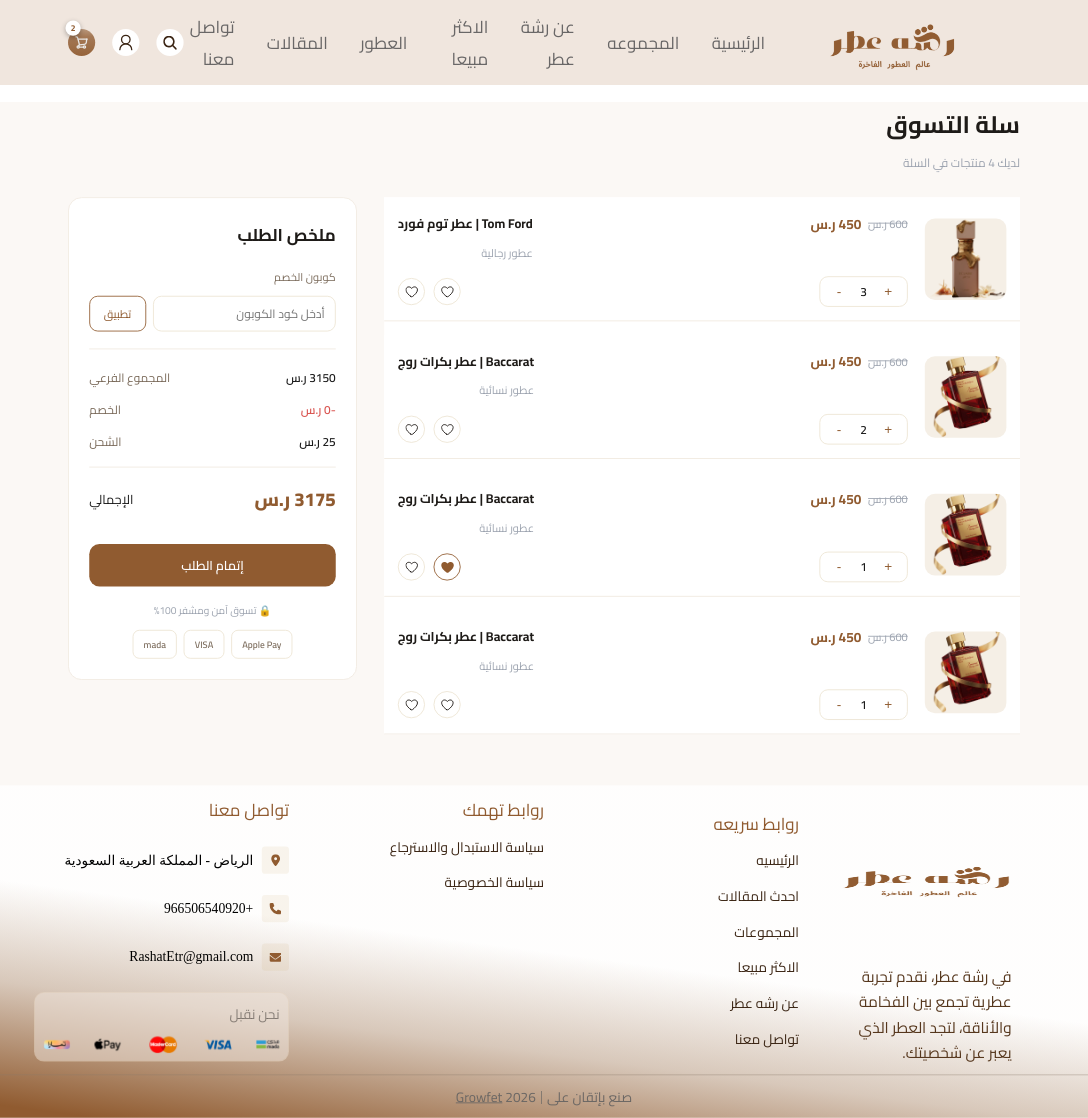
Repository: mahmoudesh74/rashet-3tr
Page: /ShoppingBasket
An editor plug-in stored every save of this project. The page is shown before and after the next save, followed by the edit.
The browser window is 1280 px wide. The pictures show the whole page, at 85% of full size.
Some web fonts or font styles are not loaded; a fallback is used. The project was rebuilt for these pictures with package versions that can differ from the ones it lists, and the page was loaded fresh each time. Also part of the build but not shown: vite.config.js, src/App.css, src/components/HeaderSection/Header.css, src/components/HeaderSection/Header.jsx, src/components/GroupSection/GroupSection.css, src/components/GroupSection/GroupSection.jsx, src/components/AboutSection/AboutSection.css, src/components/AboutSection/AboutSection.jsx and 35 more. Imported but missing from the stored project, and not drawn on this page: src/assets/vedio.mp4.

Above is the page before, as saved 2026-09-28 23:16:40.

### index.html
<!doctype html>
<html lang="ar" dir="rtl">
  <head>
    <meta charset="UTF-8" />
    <link rel="icon" type="image/svg+xml" href="/favicon.svg" />
    <meta name="viewport" content="width=device-width, initial-scale=1.0" />
    <title>rashet-3tr</title>
    <link rel="preconnect" href="https://fonts.googleapis.com">
<link rel="preconnect" href="https://fonts.gstatic.com" crossorigin>
<link href="https://fonts.googleapis.com/css2?family=Be+Vietnam+Pro:ital,wght@0,100;0,200;0,300;0,400;0,500;0,600;0,700;0,800;0,900;1,100;1,200;1,300;1,400;1,500;1,600;1,700;1,800;1,900&family=Cairo:wght@200..1000&family=IBM+Plex+Sans:ital,wght@0,100..700;1,100..700&family=Kameron:wght@400..700&family=Noto+Rashi+Hebrew:wght@100..900&family=Plus+Jakarta+Sans:ital,wght@0,200..800;1,200..800&family=Roboto:ital,wght@0,100..900;1,100..900&family=Tajawal:wght@200;300;400;500;700;800;900&display=swap" rel="stylesheet">
    <link rel="preconnect" href="https://fonts.googleapis.com">
<link rel="preconnect" href="https://fonts.gstatic.com" crossorigin>
<link href="https://fonts.googleapis.com/css2?family=Be+Vietnam+Pro:ital,wght@0,100;0,200;0,300;0,400;0,500;0,600;0,700;0,800;0,900;1,100;1,200;1,300;1,400;1,500;1,600;1,700;1,800;1,900&family=Cairo:wght@200..1000&family=IBM+Plex+Sans:ital,wght@0,100..700;1,100..700&family=Kameron:wght@400..700&family=Noto+Rashi+Hebrew:wght@100..900&family=Plus+Jakarta+Sans:ital,wght@0,200..800;1,200..800&display=swap" rel="stylesheet">
    <link rel="preconnect" href="https://fonts.googleapis.com">
<link rel="preconnect" href="https://fonts.gstatic.com" crossorigin>
<link href="https://fonts.googleapis.com/css2?family=Be+Vietnam+Pro:ital,wght@0,100;0,200;0,300;0,400;0,500;0,600;0,700;0,800;0,900;1,100;1,200;1,300;1,400;1,500;1,600;1,700;1,800;1,900&family=Cairo:wght@200..1000&family=IBM+Plex+Sans:ital,wght@0,100..700;1,100..700&family=Kameron:wght@400..700&display=swap" rel="stylesheet">
 <link rel="preconnect" href="https://fonts.googleapis.com">
<link rel="preconnect" href="https://fonts.gstatic.com" crossorigin>
<link href="https://fonts.googleapis.com/css2?family=Be+Vietnam+Pro:ital,wght@0,100;0,200;0,300;0,400;0,500;0,600;0,700;0,800;0,900;1,100;1,200;1,300;1,400;1,500;1,600;1,700;1,800;1,900&family=Cairo:wght@200..1000&family=IBM+Plex+Sans:ital,wght@0,100..700;1,100..700&family=Kameron:wght@400..700&family=Plus+Jakarta+Sans:ital,wght@0,200..800;1,200..800&display=swap" rel="stylesheet">
</head>
  <body>
    <div id="root"></div>
    <script type="module" src="/src/main.jsx"></script>
  </body>
</html>

### src/main.jsx
import React from "react";
import ReactDOM from "react-dom/client";
import { BrowserRouter } from "react-router-dom";
import App from "./App.jsx";
import "./styles/variables.css";
ReactDOM.createRoot(document.getElementById("root")).render(
  <React.StrictMode>
    <BrowserRouter>
      <App />
    </BrowserRouter>
  </React.StrictMode>
);

### src/App.jsx
import "./App.css";
import HomePage from "./pages/HomePage/homePag";
import NavBar from "./components/NavBar/NavBar";
import Footer from "./components/Footer/Footer";
import { Routes, Route } from "react-router-dom";
import GroupPage from "./pages/GroupPage/GroupPage";
import GroupCatalog from "./pages/groupCatalog/groupCatalog";
import AboutRashetEtr from "./pages/AboutRashetEtr/AboutRashetEtr";
import PrivacyPolicyPage from "./pages/PrivacyPolicy/privacyPolicy"
import PolicyReplace from "./pages/PolicyReplace/PolicyReplace"
import ContactUs from "./pages/ContactUs/ContactUs"
import PerfumePage from "./pages/perfumePage/perfumePage"
import ProductDetailsPage from "./pages/PerfumeDetails/PerfumeDetails"
import ShoppingBasket from "./pages/ShoppingBasket/ShoppingBasket"
function App() {
  return (
    <>
      <NavBar />

      <Routes>
        <Route path="/" element={<HomePage />} />
        <Route path="/GroupPage" element={<GroupPage />} />
        <Route path="/GroupCatalog/:id" element={<GroupCatalog />} />
        <Route path="/AboutRashetEtr" element={<AboutRashetEtr />} />
        <Route path="/PrivacyPolicyPage" element={<PrivacyPolicyPage />} />
        <Route path="/PolicyReplace" element={<PolicyReplace />} />
        <Route path="/ContactUs" element={<ContactUs />} />
        <Route path="/PerfumePage" element={<PerfumePage />} />
        <Route path="/PerfumeDetails" element={<ProductDetailsPage />} />
        <Route path="/ShoppingBasket" element={<ShoppingBasket />} />






      </Routes>

      <Footer />
    </>
  );
}

export default App;

### src/pages/ShoppingBasket/ShoppingBasket.jsx
import { useState } from "react";
import "./ShoppingBasket.css";

// TODO: استبدلي دي بصور المنتجات الحقيقية
import productImage1 from "../../assets/groupp1.png";
import productImage2 from "../../assets/groupp3.png";

import trashIcon from "../../assets/heart.svg"; // TODO: استبدلي بأيقونة سلة مهملات حقيقية
import heart from "../../assets/heart.svg";
import favoriteHeart from "../../assets/favoriteHeart.svg";

// TODO: استبدلي دي ببيانات السلة الحقيقية (من context / redux / API)
const INITIAL_ITEMS = [
  {
    id: "tom-ford",
    name: "Tom Ford | عطر توم فورد",
    category: "عطور رجالية",
    image: productImage1,
    price: 450,
    oldPrice: 600,
    qty: 3,
    favorite: false,
  },
  {
    id: "baccarat-1",
    name: "Baccarat | عطر بكرات روج",
    category: "عطور نسائية",
    image: productImage2,
    price: 450,
    oldPrice: 600,
    qty: 2,
    favorite: false,
  },
  {
    id: "baccarat-2",
    name: "Baccarat | عطر بكرات روج",
    category: "عطور نسائية",
    image: productImage2,
    price: 450,
    oldPrice: 600,
    qty: 1,
    favorite: true,
  },
  {
    id: "baccarat-3",
    name: "Baccarat | عطر بكرات روج",
    category: "عطور نسائية",
    image: productImage2,
    price: 450,
    oldPrice: 600,
    qty: 1,
    favorite: false,
  },
];

const SHIPPING_FEE = 25;
const COUPONS = {
  RASHAT10: 0.1, // خصم 10%
};

export default function ShoppingBasket() {
  const [items, setItems] = useState(INITIAL_ITEMS);
  const [couponInput, setCouponInput] = useState("");
  const [appliedCoupon, setAppliedCoupon] = useState(null);
  const [couponError, setCouponError] = useState("");

  const increaseQty = (id) => {
    setItems((prev) =>
      prev.map((item) => (item.id === id ? { ...item, qty: item.qty + 1 } : item)),
    );
  };

  const decreaseQty = (id) => {
    setItems((prev) =>
      prev
        .map((item) =>
          item.id === id ? { ...item, qty: item.qty - 1 } : item,
        )
        .filter((item) => item.qty > 0),
    );
  };

  const removeItem = (id) => {
    setItems((prev) => prev.filter((item) => item.id !== id));
  };

  const toggleFavorite = (id) => {
    setItems((prev) =>
      prev.map((item) =>
        item.id === id ? { ...item, favorite: !item.favorite } : item,
      ),
    );
  };

  const applyCoupon = () => {
    const code = couponInput.trim().toUpperCase();
    if (COUPONS[code]) {
      setAppliedCoupon({ code, rate: COUPONS[code] });
      setCouponError("");
    } else {
      setAppliedCoupon(null);
      setCouponError("الكوبون غير صحيح");
    }
  };

  const removeCoupon = () => {
    setAppliedCoupon(null);
    setCouponInput("");
    setCouponError("");
  };

  const subtotal = items.reduce((sum, item) => sum + item.price * item.qty, 0);
  const discount = appliedCoupon ? Math.round(subtotal * appliedCoupon.rate) : 0;
  const shipping = items.length > 0 ? SHIPPING_FEE : 0;
  const total = subtotal - discount + shipping;

  return (
    <section className="cart-page">
      <div className="cart-page-header">
        <h1>سلة التسوق</h1>
        <p>لديك {items.length} منتجات في السلة</p>
      </div>

      <div className="cart-page-layout">
          {/* Cart items */}
        <div className="cart-items-list">
          {items.length === 0 ? (
            <p className="cart-empty-text">السلة فارغة حالياً</p>
          ) : (
            items.map((item) => (
              <div className="cart-item" key={item.id}>
                <div className="cart-item-image">
                  <img src={item.image} alt={item.name} />
                </div>

                <div className="cart-item-content">
                  <div className="cart-item-top">
                    <div className="cart-item-price">
                      <span className="cart-item-old-price">
                        {item.oldPrice} ر.س
                      </span>
                      <span className="cart-item-new-price">
                        {item.price} ر.س
                      </span>
                    </div>
                    <div className="cart-item-names">
                      <h3>{item.name}</h3>
                      <span>{item.category}</span>
                    </div>
                  </div>

                  <div className="cart-item-bottom">
                    <div className="cart-item-qty">
                      <button
                        type="button"
                        onClick={() => increaseQty(item.id)}
                        aria-label="زيادة الكمية"
                      >
                        +
                      </button>
                      <span>{item.qty}</span>
                      <button
                        type="button"
                        onClick={() => decreaseQty(item.id)}
                        aria-label="إنقاص الكمية"
                      >
                        -
                      </button>
                    </div>

                    <div className="cart-item-actions">
                      <button
                        type="button"
                        className={`cart-item-fav${item.favorite ? " is-active" : ""}`}
                        aria-label="أضف إلى المفضلة"
                        onClick={() => toggleFavorite(item.id)}
                      >
                        <img src={item.favorite ? favoriteHeart : heart} alt="" />
                      </button>
                      <button
                        type="button"
                        className="cart-item-remove"
                        aria-label="حذف من السلة"
                        onClick={() => removeItem(item.id)}
                      >
                        <img src={trashIcon} alt="" />
                      </button>
                    </div>
                  </div>
                </div>
              </div>
            ))
          )}
        </div>
        {/* Order summary */}
        <aside className="cart-summary">
          <h2 className="cart-summary-title">ملخص الطلب</h2>

          <div className="cart-coupon">
            <span className="cart-coupon-label">كوبون الخصم</span>

            {appliedCoupon ? (
              <div className="cart-coupon-applied">
                <button
                  type="button"
                  className="cart-coupon-remove"
                  onClick={removeCoupon}
                  aria-label="إزالة الكوبون"
                >
                  ×
                </button>
                <span>{appliedCoupon.code}</span>
              </div>
            ) : (
              <div className="cart-coupon-input-row">
                <input
                  type="text"
                  placeholder="أدخل كود الكوبون"
                  value={couponInput}
                  onChange={(e) => setCouponInput(e.target.value)}
                />
                <button type="button" onClick={applyCoupon}>
                  تطبيق
                </button>
              </div>
            )}

            {appliedCoupon && (
              <p className="cart-coupon-success">
                <span>ⓘ</span> تم تطبيق الكوبون بنجاح
              </p>
            )}
            {couponError && <p className="cart-coupon-error">{couponError}</p>}
          </div>

          <div className="cart-summary-rows">
            <div className="cart-summary-row">
              <span className="cart-summary-value">{subtotal} ر.س</span>
              <span className="cart-summary-label">المجموع الفرعي</span>
            </div>
            <div className="cart-summary-row">
              <span className="cart-summary-value cart-summary-value--discount">
                -{discount} ر.س
              </span>
              <span className="cart-summary-label">الخصم</span>
            </div>
            <div className="cart-summary-row">
              <span className="cart-summary-value">{shipping} ر.س</span>
              <span className="cart-summary-label">الشحن</span>
            </div>
          </div>

          <div className="cart-summary-total">
            <span className="cart-summary-total-value">{total} ر.س</span>
            <span className="cart-summary-total-label">الإجمالي</span>
          </div>

          <button
            type="button"
            className="cart-checkout-btn"
            disabled={items.length === 0}
          >
            إتمام الطلب
          </button>

          <p className="cart-secure-text">🔒 تسوق آمن ومشفر 100%</p>

          <div className="cart-payment-badges">
            <span className="cart-payment-badge">Apple Pay</span>
            <span className="cart-payment-badge">VISA</span>
            <span className="cart-payment-badge">mada</span>
          </div>
        </aside>


      </div>
    </section>
  );
}

### src/pages/HomePage/homePage.css
*{
  padding: 0;
  margin: 0;
}
.HomePageHader {
  position: relative;
  width: 100%;
  height: 750px;

}

.HeaderBgVideo {
  position: absolute;
  top: 50%;
  left: 50%;
  min-width: 100%;
  min-height: 100%;
  width: auto;
  height: auto;
  transform: translate(-50%, -50%);
  object-fit: cover;
  z-index: -1;
}

.HeaderContent {
  position: relative;
  z-index: 1;
}

### src/components/NavBar/NavBar.module.css
.navbar {
  width: 100%;
  background-color:  #EFE4DBE5;
  height: 100px;

  position: absolute;
  top: 0;
  right: 0;
  left: 0;
  z-index: 100;
}

.container {
  height: 100px;
  display: flex;
  align-items: center;
  justify-content: space-evenly;
  padding-top: 16px;
  padding-bottom: 16px;
  padding-left: 80px;
  padding-right: 80px;
}
.logoImage {
  width: auto;
  height: 300px;
  object-fit: contain;
  scale: crop;
}

.links {
  align-items: center;
  gap: 38px;
  list-style: none;
  margin: 0;
  padding: 0;
}

@media (min-width: 768px) {
  .links {
    display: flex;
  }
}

.link {
  font-size: 20px;
  color: #696767;
  text-decoration: none;
  padding-bottom: 4px;
  font-family: "cairo";
  font-weight: 400;
}



.icons {
  display: flex;
  align-items: center;
  gap: 20px;
  flex-shrink: 0;
}
.search {
  display: flex;
  align-items: center;
  width: 32px;
  height: 32px;
  border-radius: 50%;
  background-color: #FFFFFF;
  justify-content: center;
  cursor: pointer;
}
.profile {
  cursor: pointer;
  display: flex;
  align-items: center;
  width: 32px;
  height: 32px;
  border-radius: 50%;
  background-color: #FFFFFF;
  justify-content: center;
}

.cart {
  position: relative;
  cursor: pointer;
  display: flex;
  align-items: center;
  justify-content: center;
  width: 32px;
  height: 32px;
  border-radius: 50%;
  background: linear-gradient(
    180deg,
    #ba987c 0%,
    #a57956 27.68%,
    #905B30 125.82%
  );
}

.cartCount {
  position: absolute;
  top: -10px;
  left: -3px;
  width: 18px;
  height: 18px;
  display: flex;
  align-items: center;
  justify-content: center;
  border-radius: 50%;
  background: #fff;
  color: #905B30;
  font-size: 10px;
  font-weight: 700;
  font-family: "cairo";
  box-shadow: 0 2px 6px #0000004d;
}
.link {
  position: relative;
  text-decoration: none;
}

.link::after {
  content: "";
  position: absolute;
  bottom: -8px;
  left: 0;
  width: 0;
  height: 3px;
  background-color: #905B30;
  transition: width 0.3s ease;
}

.link:hover::after {
  width: 100%;
}



@media (max-width: 1024px) {
  .navbar,
  .container {
    height: 90px;
  }
  .logoImage {
    height: 220px;
  }
  .links {
    gap: 22px;
  }
  .link {
    font-size: 16px;
  }
}

@media (max-width: 767px) {
  .navbar,
  .container {
    height: 70px;
  }
  .logoImage {
    height: 160px;
  }
  .icons {
    gap: 14px;
  }
  .search,
  .profile,
  .cart {
    width: 28px;
    height: 28px;
  }
}

@media (max-width: 480px) {
  .navbar,
  .container {
    height: 60px;
  }
  .logoImage {
    height: 120px;
  }
}

### src/components/Footer/Footer.css
.Footer {
  width: 100%;
  height: auto;
  background: linear-gradient(7.52deg, #905B30 2.66%, rgba(178, 147, 120, 0.5) 28.7%, rgba(212, 203, 192, 0) 50%),
    linear-gradient(0deg, rgba(251, 248, 245, 0.2), rgba(251, 248, 245, 0.2));
}
.row {
  width: 100%;
  display: flex;
  padding: 10px 40px 10px 40px;
}
.LogoContainer {
  display: flex;
  width: 25%;
  flex-direction: column;
  align-items: center;
  justify-content: center;
}
.LogoContainer img {
  width: 400px;
  height: 200px;
}
.LogoContainer p {
  max-width: 200px;
  font-family: "Cairo";
  font-size: 18px;
  font-weight: 400;
  color: #56371D;
  line-height: 30px;
}
.LinksContainer {
  width: 25%;
  gap: 10px;
  display: flex;
  flex-direction: column;

  justify-content: center;
}
.LinksContainer h3 {
  font-size: 20px;
  font-weight: 400;
  font-family: "Cairo";
  color: #905B30;
}
.LinksContainer a {
  font-size: 16px;
  font-weight: 400;
  color: #3A2413;
  font-family: "Cairo";
  text-decoration: none;
}
.ownLinks {
  width: 25%;
  gap: 10px;
  display: flex;
  flex-direction: column;

}
.ownLinks h3 {
  font-size: 20px;
  font-weight: 400;
  font-family: "Cairo";
  color: #905B30;
}
.ownLinks a {
  font-size: 16px;
  font-weight: 400;
  color: #3A2413;
  font-family: "Cairo";
  text-decoration: none;
}
.contactWithUs {
  width: 25%;
  gap: 25px;
  display: flex;
  flex-direction: column;

}
.contactWithUs h3 {
  font-size: 20px;
  font-weight: 400;
  font-family: "Cairo";
  color: #905B30;
}
.location {
  display: flex;
  align-items: center;
  gap: 10px;
}
.locationIcon {
  display: flex;
  align-items: center;
  justify-content: center;
  width: 32px;
  height: 32px;
  background-color: #C5A0591A;
  border-radius: 4px;
}
.phoneIcon {
  display: flex;
  align-items: center;
  justify-content: center;
  width: 32px;
  height: 32px;
  background-color: #C5A0591A;
  border-radius: 4px;
}


.linkItem {
  display: flex;
  flex-direction: column;
  align-items: flex-start;
  width: fit-content;
}

.FooterLine {
  height: 2px;
  width: 20px;
  background-color: #905B30;
  border-radius: 8px;


  opacity: 0;
  transform: scaleX(0);
  transform-origin: right;
  transition: opacity 0.2s ease, transform 0.2s ease;
}

.linkItem:hover .FooterLine {
  opacity: 1;
  transform: scaleX(1);
}
.makeby{
    align-items: center;
    justify-content: center;
    display: flex;
    border-top: 1px solid #8A7A6A80;

   padding: 10px 0 10px 0;
    gap: 5px;
    color: #6B6764;

}
.makeby p{
    font-size: 16px ;
    font-weight: 400;
    font-family: "Cairo";
    color: #6B6764;
}
.payed{
    height:82px;
    width: 100%;
    background-color: #EFE6DD80;
    border: 1px solid #C5A0591A;
    border-radius: 12px;

}
.payed p{
  margin: 0;
  padding: 10px;
    font-family: "Cairo";
    font-size: 16px;
    font-weight: 400;
    color: #2D292680;
}
.payrow {
    display: flex;
    justify-content: space-between;
    gap: 20px;
    padding: 0 10px 0 10px;
}

Loaded but not shown: src/pages/ShoppingBasket/ShoppingBasket.css (399 lines, source omitted); src/components/Footer/Footer.jsx (169 lines, source omitted); src/components/NavBar/NavBar.jsx (173 lines, source omitted); src/pages/LoginPage/LoginPage.css (271 lines, source omitted)

After the next save:
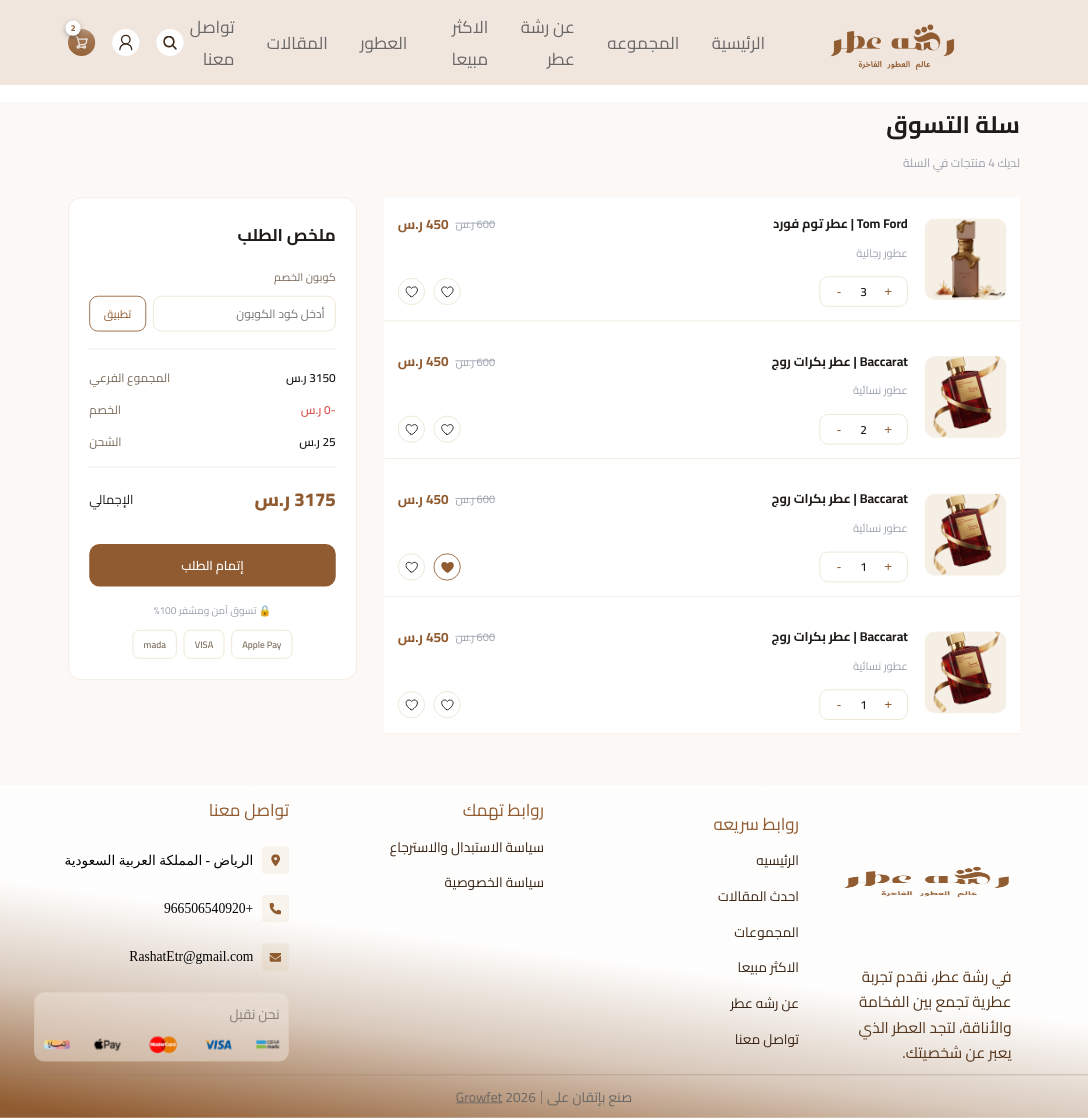
Saved 80 s later.
--- a/src/pages/ShoppingBasket/ShoppingBasket.jsx
+++ b/src/pages/ShoppingBasket/ShoppingBasket.jsx
@@ -135,6 +135,10 @@
 
                 <div className="cart-item-content">
                   <div className="cart-item-top">
+                     <div className="cart-item-names">
+                      <h3>{item.name}</h3>
+                      <span>{item.category}</span>
+                    </div>
                     <div className="cart-item-price">
                       <span className="cart-item-old-price">
                         {item.oldPrice} ر.س
@@ -143,10 +147,7 @@
                         {item.price} ر.س
                       </span>
                     </div>
-                    <div className="cart-item-names">
-                      <h3>{item.name}</h3>
-                      <span>{item.category}</span>
-                    </div>
+
                   </div>
 
                   <div className="cart-item-bottom">
